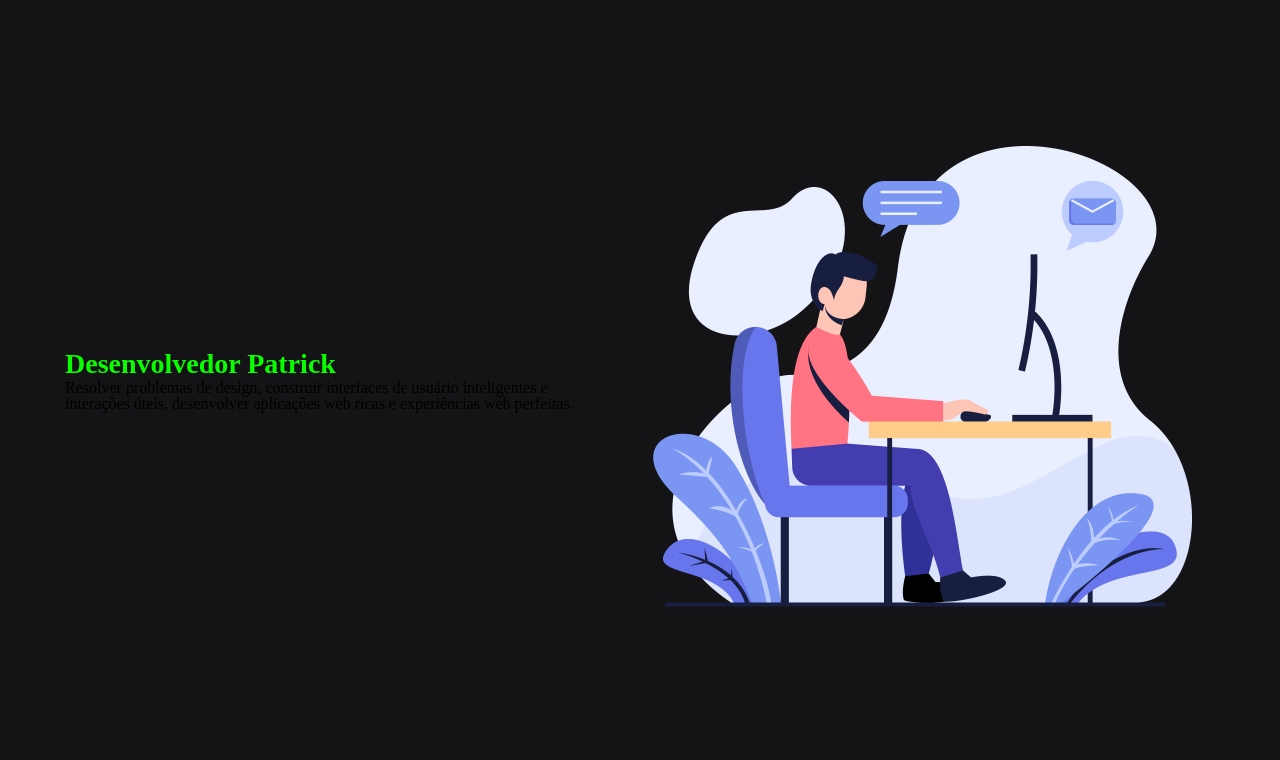
Repository: PatrickAlmeida007/aula1811
Page: index.html
These files come from the project's save history. The page is drawn as it stood at one moment and after a run of saves; the edit follows.
The browser window is 1280 px wide. The pictures show the whole page.

Above is the page before, as saved 2023-11-18 15:37:30.

After the next 3 saves:
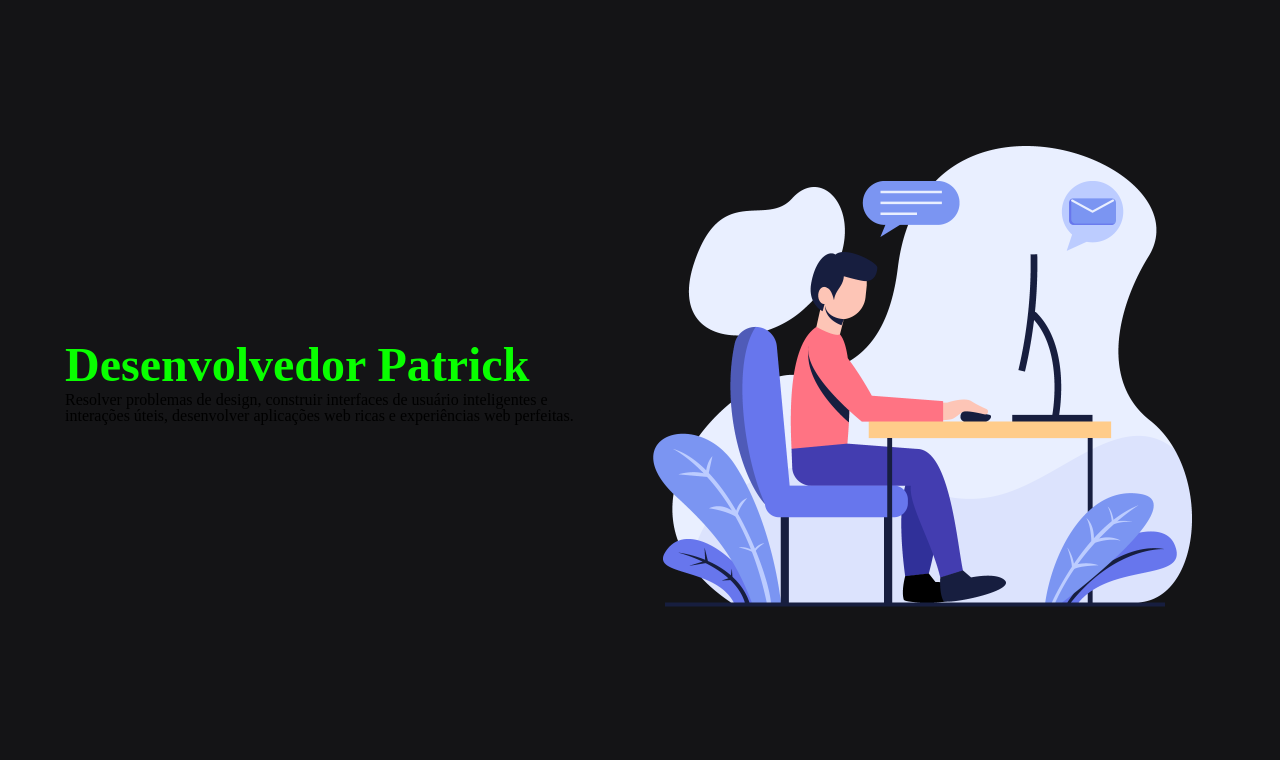
The 3 saves are shown as one change because they came seconds apart.
The last was saved 34 s later.
--- a/style.css
+++ b/style.css
@@ -65,7 +65,7 @@ table {
 }
 
 .sobre__titulo{
-    font-size:28px;
+    font-size:48px;
     line-height: normal;
     font-weight: 700;
 }
